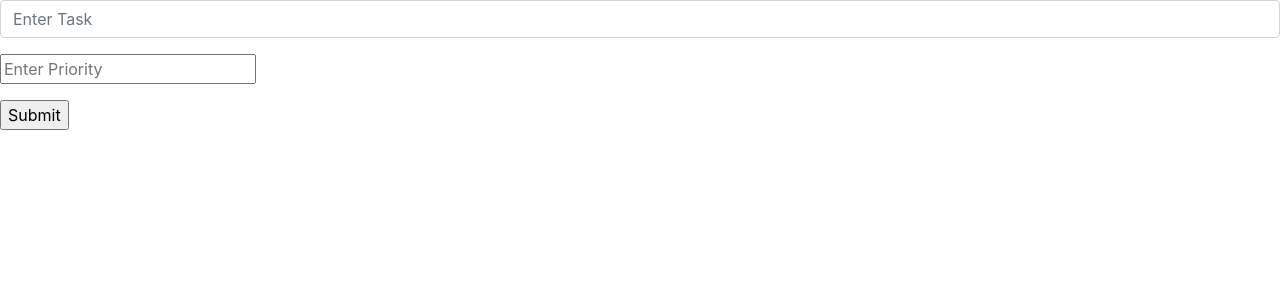
Repository: bitmap357/To-Do-App_Django
Page: http://localhost/add/
An editor plug-in stored every save of this project. The page is shown before and after a run of saves, followed by the edit.
The browser window is 1280 px wide. The pictures show the whole page.
The page is served by the project's application, run on Django 5.2 (mysite/manage.py). Other server files are loaded and not shown.

Above is the page before, as saved 2024-03-27 22:36:01.

### mysite/myapp/templates/myapp/add.html
{% extends 'myapp/base.html' %}
{% block body %}
<form method="post">
    {% csrf_token %}
    <div class="form-group">
        <input type="text" class="form-control" name="name" id="name" placeholder="Enter Task">
    </div>
    <div class="form-group">
        <input type="text" name="priority" id="priority" placeholder="Enter Priority">
    </div>
    <input type="submit">
</form>
{% endblock %}

### mysite/myapp/templates/myapp/base.html
<!DOCTYPE html>
<html lang="en">
<head>
    <link rel="stylesheet" href="https://cdn.jsdelivr.net/npm/bootstrap@4.0.0/dist/css/bootstrap.min.css" integrity="sha384-Gn5384xqQ1aoWXA+058RXPxPg6fy4IWvTNh0E263XmFcJlSAwiGgFAW/dAiS6JXm" crossorigin="anonymous">
    <title>Document</title>
</head>
<body>
    {% block body %}

    {% endblock %}
</body>
</html>

### mysite/myapp/views.py
from django.shortcuts import render
from .models import Task

# Create your views here.
def add(request):
    if request.method == "POST":
        name = request.POST.get('name', '')
        priority = request.POST.get('priority', '')

        task = Task(name=name, priority=priority)
        task.save()

    return render(request, 'myapp/add.html')

### mysite/mysite/urls.py
"""
URL configuration for mysite project.

The `urlpatterns` list routes URLs to views. For more information please see:
    https://docs.djangoproject.com/en/5.0/topics/http/urls/
Examples:
Function views
    1. Add an import:  from my_app import views
    2. Add a URL to urlpatterns:  path('', views.home, name='home')
Class-based views
    1. Add an import:  from other_app.views import Home
    2. Add a URL to urlpatterns:  path('', Home.as_view(), name='home')
Including another URLconf
    1. Import the include() function: from django.urls import include, path
    2. Add a URL to urlpatterns:  path('blog/', include('blog.urls'))
"""
from django.contrib import admin
from django.urls import path
from myapp import views

urlpatterns = [
    path("admin/", admin.site.urls),
    path("add/", views.add, name='add'),
]

After the next 5 saves:
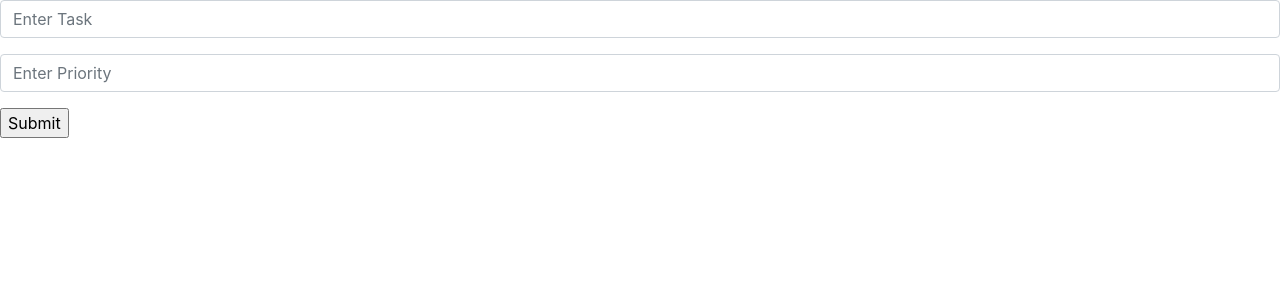
The 5 saves are shown as one change because they came seconds apart.
The last was saved 12 s later.
--- a/mysite/myapp/templates/myapp/add.html
+++ b/mysite/myapp/templates/myapp/add.html
@@ -6,7 +6,7 @@
         <input type="text" class="form-control" name="name" id="name" placeholder="Enter Task">
     </div>
     <div class="form-group">
-        <input type="text" name="priority" id="priority" placeholder="Enter Priority">
+        <input type="text" class="form-control" name="priority" id="priority" placeholder="Enter Priority">
     </div>
     <input type="submit">
 </form>
